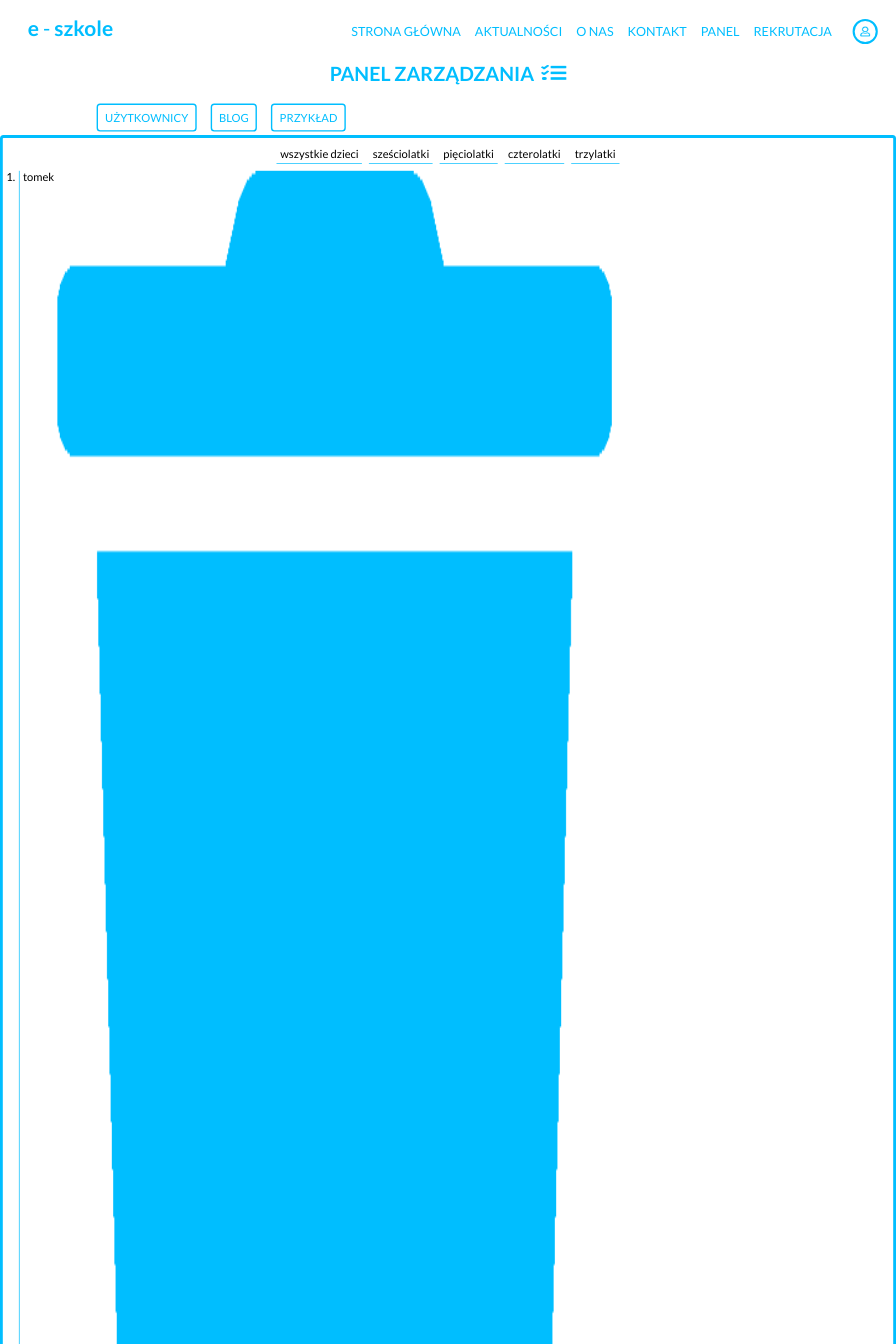
Repository: Votex874/e-szkole
Page: /panel (app in app/)
An editor plug-in stored every save of this project. The page is shown before and after a run of saves, followed by the edit.
The browser window is 1280 px wide. The pictures show the part of the page from y = 0 to 1920 px (the page is 11162 px tall before and 720 px after), at 70% of full size.
The project was rebuilt for these pictures with package versions that can differ from the ones it lists, and the page was loaded fresh each time. Also part of the build but not shown: app/src/components/News/Title/index.js, app/src/components/News/Content/index.js, app/src/components/News/Avatar/index.js, app/src/components/News/Footer/index.js, app/src/components/News/index.js, app/src/components/AboutUs/Content/index.js, app/src/components/AboutUs/index.js, app/src/components/Graduates/ListItem/index.js and 26 more.

Above is the page before, as saved 2019-04-03 10:01:27.

### app/src/index.js
import React from 'react';
import ReactDOM from 'react-dom';
import App from './App';
import * as serviceWorker from './serviceWorker';
import { createStore } from 'redux';
import { Provider } from 'react-redux';
import rootReducer from './reducers/rootReducer'

const store = createStore(rootReducer);

ReactDOM.render(<Provider store={store}><App /></Provider>, document.getElementById('root'));

// If you want your app to work offline and load faster, you can change
// unregister() to register() below. Note this comes with some pitfalls.
// Learn more about service workers: http://bit.ly/CRA-PWA
serviceWorker.unregister();

### app/src/App.js
import React, { Component } from 'react';
import { Route, BrowserRouter, Switch } from 'react-router-dom'
import './reset.scss'

import Home from './containers/Home/index'
import Login from './containers/Login/index'
import Contact from './containers/Contact/index'
import News from './containers/News/index'
import About from './containers/About/index'
import Recruitment from './containers/Recruitment/index'
import Panel from './containers/Panel/index'

class App extends Component {
  render() {
    return (
      <BrowserRouter>
        <Switch>
          <Route exact path='/' component={Home} />
          <Route path='/login' component={Login} />
          <Route path='/kontakt' component={Contact} />
          <Route path='/blog' component={News} />
          <Route path='/o-nas' component={About} />
          <Route path='/rekrutacja' component={Recruitment} />
          <Route path='/panel' component={Panel} />
        </Switch>
      </BrowserRouter>
    );
  }
}

export default App;

### app/src/reset.scss
html, body, div, span, applet, object, iframe,
h1, h2, h3, h4, h5, h6, p, blockquote, pre,
a, abbr, acronym, address, big, cite, code,
del, dfn, em, img, ins, kbd, q, s, samp,
small, strike, strong, sub, sup, tt, var,
b, u, i, center,
dl, dt, dd, ol, ul, li,
fieldset, form, label, legend,
table, caption, tbody, tfoot, thead, tr, th, td,
article, aside, canvas, details, embed,
figure, figcaption, footer, header, hgroup,
menu, nav, output, ruby, section, summary,
time, mark, audio, video {
	margin: 0;
	padding: 0;
	border: 0;
	font-size: 100%;
	font: inherit;
	vertical-align: baseline;
}
/* HTML5 display-role reset for older browsers */
article, aside, details, figcaption, figure,
footer, header, hgroup, menu, nav, section {
	display: block;
}
body {
	line-height: 1;
}
ol, ul {
	list-style: none;
}
blockquote, q {
	quotes: none;
}
blockquote:before, blockquote:after,
q:before, q:after {
	content: '';
	content: none;
}
table {
	border-collapse: collapse;
	border-spacing: 0;
}
@import url('https://fonts.googleapis.com/css?family=Lato:300,300i,400,400i,700&amp;subset=latin-ext');

 body {
	font-family: 'Lato', sans-serif;
 }

 a{
	 text-decoration: none;
 }

### app/src/containers/Panel/index.js
import React, { Component } from 'react'
import styled from 'styled-components'

import HeaderMain from '../../components/HeaderMain/index'
import Footer from '../../components/Footer/index'
import PanelManagement from '../../components/PanelManagement/index'

class Panel extends Component{
  render(){
    return (
      <React.Fragment>
        <HeaderMain />
        <PanelManagement />
        <Footer />
      </React.Fragment>
    )
  }
}

export default Panel

### app/src/components/HeaderMain/index.js
import React, { Component } from 'react';
import styled from 'styled-components'
import Logo from '../Logo/index'
import Navigation from '../Nav/index'
import Hamburger from '../Hamburger/index'

const Header = styled.header`
 max-width: 1400px;
 height: 100px;
 margin: 0 auto;
 display: flex;
 justify-content: space-between;
 align-items: center;
 box-sizing: border-box;
 margin-top: 15px;
 @media (max-width: 1400px){
   width: 96%;
   height: 50px;
   align-items: center;
 }
`

class HeaderMain extends Component {
  constructor(props){
    super(props)

    this.state = {
      width: 0
    }
  }

  componentDidMount = () => {
    this.updateWindowDimensions();
    window.addEventListener('resize', this.updateWindowDimensions);
  }

  componentWillUnmount = () => {
    window.removeEventListener('resize', this.updateWindowDimensions);
  }

  updateWindowDimensions = () => {
    this.setState({ width: window.innerWidth });
  }

  render() {
    const { width } = this.state;
    return (
      <Header>
        <Logo />
        { width <= 767 ? <Hamburger /> : <Navigation /> }
      </Header>
    );
  }
}

export default HeaderMain;

### app/src/components/Footer/index.js
import React, { Component } from 'react'
import styled from 'styled-components'
import FooterNav from './FooterNav/index'
import { lightBlue } from '../../constColors'

const FooterContainer = styled.footer`
  width: 600px;
  margin: 0 auto;
  @media (max-width: 767px){
    width: 100%;
  }
`

const FooterBanner = styled.div`
  background-color: ${lightBlue};
  display: flex;
  justify-content: center;
  align-items: center;
  color: #fff;
  margin: 15px auto;
  height: 35px;
  border-radius: 10px;
  @media (max-width: 767px){
    width: 100%;
    border-radius: 0;
  }
`

class Footer extends Component {
  render(){
    return (
      <FooterContainer>
        <FooterNav />
        <FooterBanner>All rights reserved &copy; </FooterBanner>
      </FooterContainer>
    )
  }
}


export default Footer

### app/src/components/PanelManagement/index.js
import React, { Component } from 'react'

import PanelOptions from '../PanelOptions/index'

class PanelManagement extends Component {
  render(){
    return (
      <React.Fragment>
        <PanelOptions />
      </React.Fragment>
    )
  }
}

export default PanelManagement

### app/src/components/Logo/index.js
import React, { Component } from 'react';
import styled from 'styled-components'
import { shineOnHover, lightBlue } from '../../constColors'
import { Link } from 'react-router-dom'

const Alink = styled.span`
  display: flex;
  flex-direction: column;
  justify-content: center;
  align-items: center;
  width: 225px;
  padding: 0 10px;
  text-decoration: none;
  font-size: 50px;
  @media (max-width: 767px) {
    width: 150px;
    height: auto;
    font-size: 28px;
    align-items: flex-start;
    justify-content: flex-start;
    padding: 0;
  }
  @media (min-width: 768px) and (max-width: 1400px) {
    width: 150px;
    font-size: 30px;
    padding: 0;
  }
  @media (min-width: 1401px){
    ${shineOnHover}
  }
`
const Span = styled.h1`
  color: ${lightBlue};
  transition: .2s;
`
const Bold = styled.b`
  font-weight: bold;
`

class Logo extends Component {
  constructor(props){
    super(props)

    this.state = {
      logoLink: '/'
    }
  }
  render() {
    const { logoLink } = this.state;
    return (
      <Link to={logoLink}>
        <Alink>
          <Span id='logo' className="logo2"><Bold>e</Bold> - <Bold>szkole</Bold></Span>
        </Alink>
      </Link>
    );
  }
}

export default Logo;

### app/src/components/Nav/index.js
import React, { Component } from 'react';
import { connect } from 'react-redux'
import styled from 'styled-components'
import SingleLink from './Link/index'
import LoginButton from './../LoginButton/index';


const Nav = styled.nav`
  display: flex;
  margin: 10px 20px 0 auto;
  @media (max-width: 767px){
    flex-direction: column;
    margin: 120px 0 0 0;
  }
`

class Navigation extends Component {

  render() {
    const { links } = this.props;
    let listOfLinks = [];
    let i = 0;
    for (const key of Object.keys(links)) {
      // console.log(key, links[key]);
      listOfLinks[i] = <SingleLink data={links[key]} key={key} />
      i++;
    }
    return (
      <React.Fragment>
        <Nav>
          {listOfLinks}
        </Nav>
        <LoginButton />
      </React.Fragment>
    );
  }
}

const mapStateToProps = (state) => {
  return {
    links: state.links
  }
}

export default connect(mapStateToProps)(Navigation);

### app/src/components/Hamburger/index.js
import React, { Component } from 'react';
import styled from 'styled-components'
import hamburgerImg from '../../images/icons/hamburger.png'
import times from '../../images/icons/times.png'
import Navigation from '../Nav/index'

const Hamburger = styled.div`
  width: 40px;
  height: 40px;
`

const HamburgerImg = styled.img`
  width: 100%;
  height: 100%;
  opacity: 1;
  transition: .4s;
  position: relative;
  z-index: 10;
`

const MobileContainer = styled.div`
  position: absolute;
  display: flex;
  flex-direction: column-reverse;
  top: 0;
  left: 0;
  width: 100vw;
  height: 100vh;
  background-color: #fff;
  opacity: .9;
  z-index: 1;
  transition: .3s;
`

class Hambuger extends Component {
  constructor(props){
    super(props)

    this.body = document.querySelector('body');

    this.state = {
      imgAlt: 'hamburgerMenuIcon',
      imgSrc: hamburgerImg,
      fade: 1,
      displayMobile: 'none'
    }
  }

  handleHamburger = () => {
    const { imgSrc } = this.state;
    setTimeout( () => {
      if (imgSrc !== hamburgerImg) {
        this.body.style.overflow = "auto";
        this.setState({
          imgSrc: hamburgerImg,
          displayMobile: 'none',
          fade: 1
        })
      } else {
        this.body.style.overflow = "hidden";
        this.setState({
          imgSrc: times,
          displayMobile: 'block',
          fade: 1
        })
      }
    }, 400)
    this.setState({
      fade: 0
    })
  }

  render() {
    const { imgAlt, imgSrc, fade, displayMobile } = this.state
    return (
      <Hamburger>
        <HamburgerImg style={{opacity: fade}} src={imgSrc} alt={imgAlt} onClick={this.handleHamburger}/>
        <MobileContainer style={{display: displayMobile}}>
          <Navigation />
        </MobileContainer>
      </Hamburger>
    );
  }
}


export default Hambuger;

### app/src/components/SectionTitle/index.js
import React from 'react'
import styled from 'styled-components'
import { lightBlue } from '../../constColors'

const HeaderTitle = styled.h2`
  color: ${lightBlue};
  font-size: 32px;
  text-transform: uppercase;
  font-weight: bold;
  text-align: center;
  @media (max-width: 767px){
    font-size: 22px;
  }
  @media (min-width: 768px) and (max-width: 1400px){
    font-size: 28px;
  }
`
const HeaderImg = styled.img`
  width: 40px;
  height: 30px;
  margin-left: 10px;
  @media(max-width: 767px){
    width: 30px;
    height: 20px;
  }
  @media (min-width: 768px) and (max-width: 1400px){
    width: 36px;
    height: 26px;
  }
`

const Header = styled.header`
  display: flex;
  justify-content: center;
  align-items: center;
  width: 90%;
  margin: 25px auto;
`

const SectionTitle = ({ title, img }) => {
  return (
    <Header>
      <HeaderTitle>{title}</HeaderTitle>
      <HeaderImg src={img} alt="ikona zespolu"/>
    </Header>
  )
}


export default SectionTitle;

### app/src/components/Footer/FooterNav/index.js
import React, { Component } from 'react'
import styled from 'styled-components'
import NavLink from './NavLink/index'
import { connect } from 'react-redux'

const NavContainer = styled.nav`
  display: flex;
  justify-content: space-between;
  width: 50%;
  @media (max-width: 767px){
    width: 90%;
    margin: 0 auto;
  }
`

class FooterNav extends Component {
  constructor(props){
    super(props)

    this.state = {
      nav: []
    }
  }
  componentDidMount = () => {
    const { links } = this.props
    let listOfNavs = [];
    let i = 0;
    for (const key of Object.keys(links)) {
      if(links[key].basic === 'true'){
        listOfNavs[i] =
          <NavLink name={links[key].name} url={links[key].url} key={key} />
        i++;
      }
    }
    this.setState({
      nav: listOfNavs
    })
  }

  render(){
    const { nav } = this.state;
    return(
      <NavContainer>
        {nav}
      </NavContainer>
    )
  }
}

const mapStateToProps = (state) => {
  return {
    links: state.links
  }
}

export default connect(mapStateToProps)(FooterNav);

### app/src/constColors.js
const brown = '#BF5000';
const greenDark = '#008723';
const greenLight = '#34BD56';
const lightBlue = '#00BEFF';
const turquoise = '#fff';
const darkBlue = '#0057AE';

const shineOnHover = `
position: relative;
    overflow: hidden;
    display: inline-block;
    border-radius: 5px;
    text-align: center;
    line-height: 50px;

  &:after {
    content: "";
    position: absolute;
    top: -110%;
    left: -210%;
    width: 200%;
    height: 200%;
    opacity: 0;
    /* transform: rotate(30deg); */

    background: rgba(0, 190, 255, 0.13);
    background: linear-gradient(
      to right,
      rgba(0, 190, 255, 0.13) 0%,
      rgba(0, 190, 255, 0.13) 77%,
      rgba(0, 190, 255, 0.5) 92%,
      rgba(0, 190, 255, 0.0) 100%
    );
  }

  &:hover:after {
    opacity: 1;
    top: -30%;
    left: -30%;
    transition-property: left, top, opacity;
    transition-duration: 0.7s, 0.7s, 0.15s;
    transition-timing-function: ease;
  }


  &:active:after {
    opacity: 0;
  }
`

export { brown, greenLight, greenDark, lightBlue, shineOnHover, turquoise, darkBlue }

### app/src/components/PanelOptions/index.js
import React, { Component } from 'react'
import styled from 'styled-components'

import PanelItem from './PanelItem/index'
import SectionTitle from '../SectionTitle'
import TaskImg from '../../images/icons/tasks.png'
import Users from './Users/index'
import { lightBlue } from '../../constColors';

const OptionsList = styled.ul`
  width: 1200px;
  margin: 0 auto;
  display: flex;
  justify-content: flex-start;
  align-items: center;
  flex-wrap: wrap;
  @media (max-width: 767px){
    width: 90%;
  }
  @media (min-width: 768px) and (max-width: 1400px){
    width: 80%;
  }
`

const ChoosenOption = styled.div`
  border: 4px solid ${lightBlue};
  border-radius: 5px;
  margin: 0 auto;
  @media(max-width: 767px){
    width: 90%;
  }
`

class PanelOptions extends Component{
  constructor(props){
    super(props)

    this.state = {
      list: ['użytkownicy', 'blog', 'przykład'],
      users: <Users />
    }
  }

  handleClick = (id) => {
    console.log(id, 'id')
  }

  render(){
    return (
      <React.Fragment>
        <SectionTitle title="Panel Zarządzania" img={TaskImg} />
        <OptionsList>
          {this.state.list.map((e,i) => {
            return <PanelItem id={i} handleClick={this.handleClick} key={i} content={e} />
          })}
        </OptionsList>
        <ChoosenOption>
          {this.state.users}
        </ChoosenOption>
      </React.Fragment>
    )
  }
}

export default PanelOptions

### app/src/components/Nav/Link/index.js
import React from 'react';
import styled from 'styled-components'
import { shineOnHover, lightBlue } from '../../../constColors'
import { Link } from 'react-router-dom'

const Alink = styled.span`
  text-decoration: none;
  color: ${lightBlue};
  margin: 10px 0;
  padding: 0 12px;
  font-size: 20px;
  text-transform: uppercase;
  text-align: center;

  @media (max-width: 767px){
    font-size: 24px;
    display: flex;
    justify-content: center;
    align-items: center;
  }
  @media (min-width: 768px) and (max-width: 1050px){
    font-size: 14px;
    margin: 10px 0;
    padding: 4px;
  }
  @media (min-width: 1051px) and (max-width: 1400px){
    font-size: 18px;
    margin: 10px 0;
    padding: 0 10px;
  }
  @media (min-width: 1401px){
    ${shineOnHover}
}
`

const SingleLink = ({ data }) => {
  const handleClick = () => {
    document.querySelector('body').style.overflow = "auto";
  }
  return (
    <Link onClick={handleClick} to={data.url}>
      <Alink>
        {data.name}
      </Alink>
    </Link>
  )
}

export default SingleLink;

### app/src/components/LoginButton/index.js
import React, { Component } from 'react';
import styled from 'styled-components'
import imgUser from '../../images/icons/loginUser.png'
import { shineOnHover, lightBlue } from '../../constColors'
import { Link } from 'react-router-dom'

const ButtonAlink = styled.span`
  width: 160px;
  height: 30px;
  font-size: 14px;
  text-transform: uppercase;
  font-weight: bold;
  text-decoration: none;
  display: flex;
  justify-content: center;
  align-items: center;
  border-radius: 20px;
  border: 3px solid ${lightBlue};
  margin-top: 10px;
  @media (max-width: 767px){
    position: absolute;
    top: 15px;
    left: 10px;
    width: 220px;
    height: 40px;
    font-size: 24px;
  }
  @media (min-width: 768px) and (max-width: 1400px){
    width: 30px;
  }
  @media (min-width: 1401px){
    ${shineOnHover}
    border-radius: 20px;
    line-height: normal;
    display: flex;
  }
`

const IconImg = styled.img`
  background-position: center;
  background-size: cover;
  background-repeat: no-repeat;
  margin-left: 15px;
  width: 14px;
  height: 14px;
  @media (max-width: 767px){
    width: 26px;
    height: 26px;
  }
  @media (min-width: 768px) and (max-width: 1400px){
    margin-left: 0;
  }
`
const SpanText = styled.span`
  color: ${lightBlue};
  @media (min-width: 768px) and (max-width: 1400px){
    display: none;
  }
`

class LoginButton extends Component {
  constructor(props){
    super(props)

    this.state = {
      loginLink: '/login'
    }
  }

  handleEnableScroll = () => {
    document.querySelector('body').style.overflow = "auto";
  }

  render() {
    const { loginLink } = this.state;
    return (
      <Link onClick={this.handleEnableScroll} to={loginLink} >
        <ButtonAlink>
          <SpanText>zaloguj się</SpanText>
          <IconImg src={imgUser} />
        </ButtonAlink>
      </Link>
    );
  }
}

export default LoginButton;

### app/src/components/Footer/FooterNav/NavLink/index.js
import React from 'react'
import styled from 'styled-components'
import { Link } from 'react-router-dom'

const Alink = styled.span`
  text-decoration: none;
  font-size: 14px;
  color: #777;
  @media (max-width: 767px){
    font-size: 12px;
  }
  @media (min-width: 768px) and (max-width: 1400px){
    font-size: 14px;
  }
`


const NavLink = ({ name, url }) => {
  return (
    <Link to={url}>
      <Alink>{name}</Alink>
    </Link>
  )
}

export default NavLink

### app/src/components/PanelOptions/PanelItem/index.js
import React, { Component } from 'react'
import styled from 'styled-components'

import { lightBlue } from '../../../constColors'

const SingleItem = styled.li`
  color: ${lightBlue};
  text-transform: uppercase;
  margin: 5px 10px;
  padding: 10px;
  border: 2px solid ${lightBlue};
  border-radius: 5px;
  @media (max-width: 767px){
    font-size: 12px;
    padding: 5px;
  }
  @media(min-width: 1400px){
    &:hover{
      color: #fff;
      background-color: ${lightBlue};
    }
  }
`

class PanelItem extends Component{

  handleClick = (id) => {
    if (typeof this.props.handleClick === 'function'){
      this.props.handleClick(id)
    }
  }

  render(){
    const { content, id } = this.props
    return (
      <React.Fragment>
        <SingleItem onClick={() => this.handleClick(id)}>{content}</SingleItem>
      </React.Fragment>
    )
  }
}

export default PanelItem

### app/src/components/PanelOptions/Users/index.js
import React, { Component } from 'react'
import styled from 'styled-components'
import { lightBlue } from '../../../constColors';

import SidebarMenuItem from '../Item/index'
import ArrowHide from '../../../images/icons/arrow-hide.png'
import ArrowShow from '../../../images/icons/arrow-show.png'
import Trash from '../../../images/icons/trash.png'

const Title = styled.h2`
  text-transform: uppercase;
  font-size: 120%;
  margin: 10px 0 10px 0;
  @media(max-width: 767px){
    font-size: 90%;
    text-align: center;
  }
`

const UsersList = styled.ul`

`

const UserItem = styled.li`
  border-bottom: 1px solid ${lightBlue};
  padding-bottom: 4px;
  margin: 10px 0;
  display: flex;
  flex-direction: column;
`

const Icons = styled.div`
  cursor: pointer;
  @media (max-width: 767px){
    width: 12px;
    height: 15px;
    display: flex;
    margin: 0 35px 0 auto;
  }
`

const Img = styled.img`
  width: 100%;
  height: 100%;
  margin: 0 5px;
`

const Id = styled.p`
  border-right: 1px solid ${lightBlue};
  padding: 0 5px;
  margin-right: 5px;
`

const MoreInfo = styled.p`
	height: 0px;
  visibility: hidden;
  transition: .5s;
  width: 0px;
`

const Container = styled.div`
  display: flex;
`

const UserName = styled.span`
`

const SidebarMenu = styled.div`
  display: flex;
  justify-content: center;
  align-items: center;
  flex-wrap: wrap;
  margin: 10px 0;
  @media (max-width: 767px){
    border-top: 2px dotted ${lightBlue};
    border-bottom: 2px dotted ${lightBlue};
    padding: 10px 0;
  }
`

class Users extends Component{
  constructor(props){
    super(props)

    this.state = {
      sidebarItems: ['wszystkie dzieci', 'sześciolatki', 'pięciolatki', 'czterolatki', 'trzylatki'],
      users: ['tomek', 'patryk', 'kulep', 'akropol'],
      usersArray: []
    }
  }

  componentDidMount = () => {
    const { users } = this.state
    const usersList = users.map((e, i) => {
      return (
        <UserItem key={i}>
          <Container>
            <Id>{i + 1}.</Id>
            <UserName>{e}</UserName>
            <Icons><Img src={Trash} /> <Img onClick={() => this.handleShowMoreInfo(i, e)} src={ArrowShow} /></Icons>
            <MoreInfo>3213213</MoreInfo>
          </Container>
        </UserItem>
      )
    })
    this.setState({
      usersArray: usersList
    })
  }

  handleShowMoreInfo = (id, name) => {
    const { usersArray } = this.state
    const arrayHandler = [...usersArray];

    arrayHandler[id] = <UserItem key={id}>
      <Container>
        <Id>{id + 1}.</Id>
        <UserName>{name}</UserName>
        <Icons><Img src={Trash} /> <Img onClick={() => this.handleHideMoreInfo(id, name)} src={ArrowHide} /></Icons>
      </Container>
      <MoreInfo>3213213</MoreInfo>
    </UserItem>

    this.setState({
      usersArray: arrayHandler
    })

    const styleSlideUp = {
      height: 200,
      visibility: "visible",
      width: 'auto'
    }

    const time = setTimeout(() => {
      arrayHandler[id] = <UserItem key={id}>
        <Container>
          <Id>{id + 1}.</Id>
          <UserName>{name}</UserName>
          <Icons><Img src={Trash} /> <Img onClick={() => this.handleHideMoreInfo(id, name)} src={ArrowHide} /></Icons>
        </Container>
        <MoreInfo style={ styleSlideUp }>3213213</MoreInfo>
      </UserItem>
      this.setState({
        usersArray: arrayHandler
      })
    }, 100)
  }

  handleHideMoreInfo = (id, name) => {
    const { usersArray } = this.state
    const arrayHandler = [...usersArray];

    arrayHandler[id] = <UserItem key={id}>
      <Container>
        <Id>{id + 1}.</Id>
        <UserName>{name}</UserName>
        <Icons><Img src={Trash} /> <Img onClick={() => this.handleShowMoreInfo(id, name)} src={ArrowShow} /></Icons>
        <MoreInfo>3213213</MoreInfo>
      </Container>
    </UserItem>

    this.setState({
      usersArray: arrayHandler
    })
  }

  render(){
    const { sidebarItems, usersArray } = this.state
    return (
      <React.Fragment>

        <SidebarMenu>
          {sidebarItems.map((e, i) => {
            return <SidebarMenuItem key={i} content={e} />
          })}
        </SidebarMenu>
        <UsersList>
          {usersArray}
        </UsersList>
      </React.Fragment>
    )
  }
}

export default Users

### app/src/components/PanelOptions/Item/index.js
import React from 'react'
import styled from 'styled-components'
import { lightBlue } from '../../../constColors'

const Item = styled.p`
  padding: 5px;
  border-bottom: 1px solid ${lightBlue};
  margin: 0 5px;
`

const SidebarMenuItem = ({ content }) => {
  return (
    <Item>{content}</Item>
  )
}

export default SidebarMenuItem

Loaded but not shown: app/public/index.html (common file); app/src/serviceWorker.js (common file); app/src/reducers/rootReducer.js (169 lines, source omitted)

After the next 2 saves:
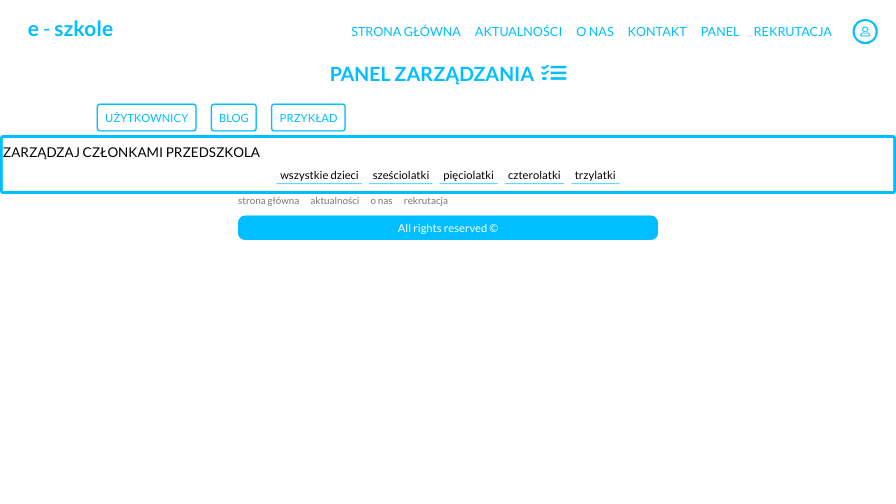
The 2 saves are shown as one change because they came seconds apart.
The last was saved 7 s later.
--- a/app/src/components/PanelOptions/Users/index.js
+++ b/app/src/components/PanelOptions/Users/index.js
@@ -168,15 +168,13 @@ class Users extends Component{
     const { sidebarItems, usersArray } = this.state
     return (
       <React.Fragment>
-
+        <Title>Zarządzaj członkami przedszkola</Title>
         <SidebarMenu>
           {sidebarItems.map((e, i) => {
             return <SidebarMenuItem key={i} content={e} />
           })}
         </SidebarMenu>
-        <UsersList>
-          {usersArray}
-        </UsersList>
+
       </React.Fragment>
     )
   }
